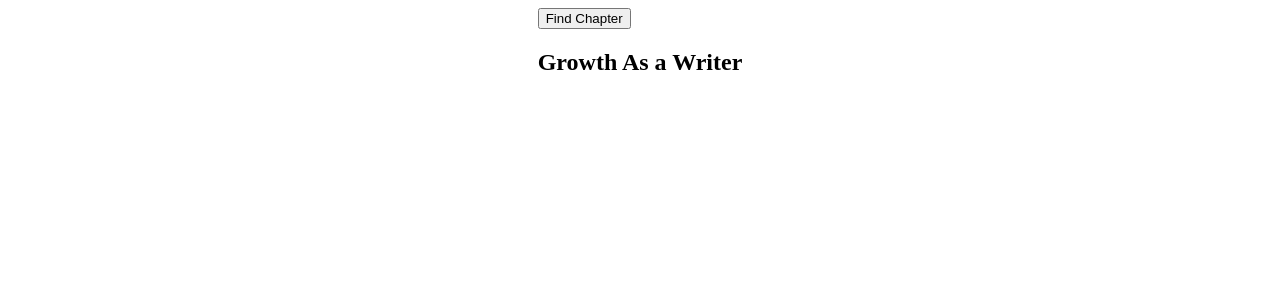
Repository: jpaisiem/WP-4
Page: index.html
The author's editor kept a copy of each file at every save. The page is drawn from the files as they stood at one save, then again after a run of saves.
The browser window is 1280 px wide. The pictures show the whole page.

Above is the page before, as saved 2025-04-29 11:49:37.

### index.html
<!DOCTYPE html>
<html>
<head>
<meta name="viewport" content="width=device-width, initial-scale=1">
<style>
/* Popup container - can be anything you want */
.popup {
  position: relative;
  display: inline-block;
  cursor: pointer;
  -webkit-user-select: none;
  -moz-user-select: none;
  -ms-user-select: none;
  user-select: none;
  text-align: left;
}

/* The actual popup */
.popup .popuptext {
  visibility: hidden;
  width: fit-content;
  background-color: #555;
  color: #fff;
  text-align: left;
  border-radius: 6px;
  padding: 8px 0;
  position: absolute;
  z-index: 1;
  bottom: 125%;
  left: 50%;
  margin-left: -80px;
}

/* Popup arrow */
.popup .popuptext::after {
  content: "";
  position: absolute;
  top: 100%;
  left: 50%;
  margin-left: -5px;
  border-width: 5px;
  border-style: solid;
  border-color: #555 transparent transparent transparent;
}

/* Toggle this class - hide and show the popup */
.popup .show {
  visibility: visible;
  -webkit-animation: fadeIn 1s;
  animation: fadeIn 1s;
}

/* Add animation (fade in the popup) */
@-webkit-keyframes fadeIn {
  from {opacity: 0;}
  to {opacity: 1;}
}

@keyframes fadeIn {
  from {opacity: 0;}
  to {opacity:1 ;}
}
</style>
</head>
<body style="text-align:center">



<div class="popup" onclick="myFunction()" ><button >Find Chapter</button><h2 style="text-align: center;">Growth As a Writer</h2>
  <span class="popuptext" id="myPopup"> <table>
    <tr>
      <td><a href="#">Chapter 1</a></td>
      <td><a href="#">Chapter 2</a></td>
      <td><a href="#">Chapter 3</a></td>
    </tr>
    <tr>
      <td><a href="#">Chapter 4</a></td>
      <td><a href="#">Chapter 5</a></td>
      <td><a href="#">Chapter 6</a></td>
    </tr>
  </table></span>
</div>

<script>
// When the user clicks on div, open the popup
function myFunction() {
  var popup = document.getElementById("myPopup");
  popup.classList.toggle("show");
}
</script>

</body>
</html>

After the next 2 saves:
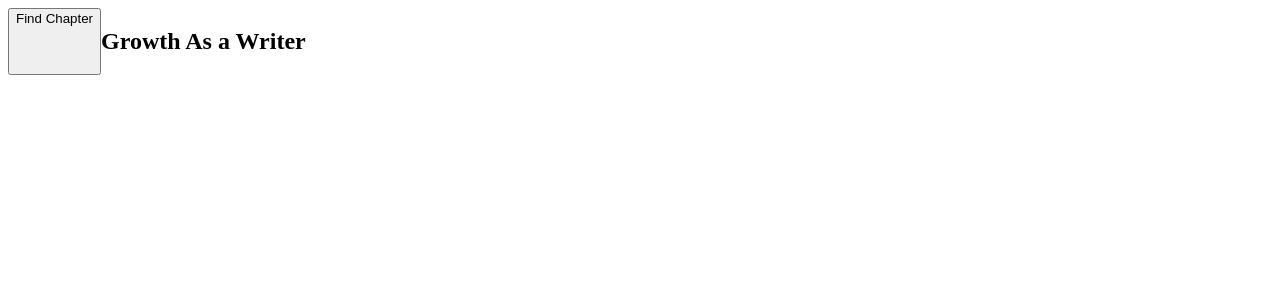
The 2 saves are shown as one change because they came seconds apart.
The last was saved 7 s later.
--- a/index.html
+++ b/index.html
@@ -66,7 +66,7 @@
 
 
 
-<div class="popup" onclick="myFunction()" ><button >Find Chapter</button><h2 style="text-align: center;">Growth As a Writer</h2>
+<div class="popup" onclick="myFunction()" style=" text-align: left; display: flex; flex-direction: row;"><button style=" text-align: left; display: flex; flex-direction: row;">Find Chapter</button><h2 style="text-align: center;">Growth As a Writer</h2>
   <span class="popuptext" id="myPopup"> <table>
     <tr>
       <td><a href="#">Chapter 1</a></td>
